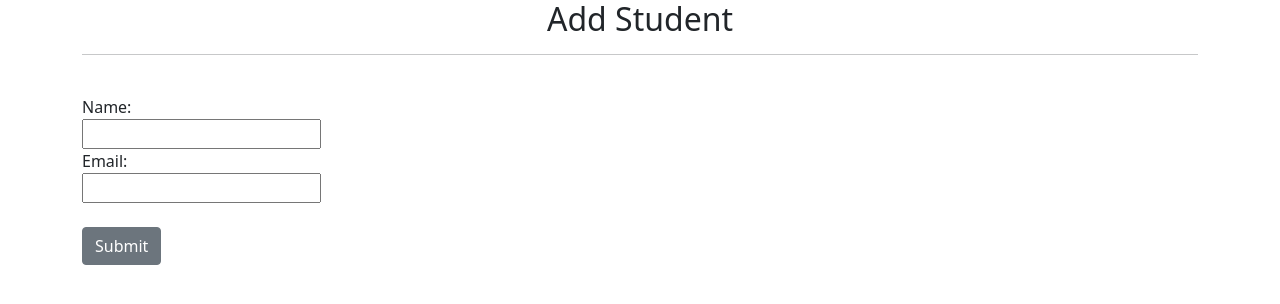
Repository: pradeep9689/monoceptAssignment
Page: http://localhost/09-student-mvc-db/addStudent.jsp
These files come from the project's save history. The page is drawn as it stood at one moment and after the next save; the edit follows.
The browser window is 1280 px wide. The pictures show the whole page.
The page is served by Tomcat 9. Other server files are loaded and not shown.

Above is the page before, as saved 2024-07-17 08:40:49.

### 09-student-mvc-db/WebContent/addStudent.jsp
<%@ page language="java" contentType="text/html; charset=ISO-8859-1"
    pageEncoding="ISO-8859-1"%>
<!DOCTYPE html>
<html>
<head>
<meta charset="ISO-8859-1">
<title>Insert title here</title>
 <link href="https://cdn.jsdelivr.net/npm/bootstrap@5.0.2/dist/css/bootstrap.min.css" rel="stylesheet" integrity="sha384-EVSTQN3/azprG1Anm3QDgpJLIm9Nao0Yz1ztcQTwFspd3yD65VohhpuuCOmLASjC" crossorigin="anonymous">
</head>
<body>
<div class="container">
<div class ="text-center">
 <h2>Add Student</h2>
 </div>
 <hr>
    <form action="StudentControlller" method="get">

        <input type="hidden"  name="command" value="add"><br>
        <label for="name">Name:</label><br>
        <input type="text" name="student_name"><br>
        <label for="mail">Email:</label><br>
        <input type="text"  name="student_mail"><br>
        <input type="hidden"  name="command" value="add"><br>
        <input type="submit" class="btn btn-secondary"  >
    </form>
    </div>
</body>
</html>

After the next save:
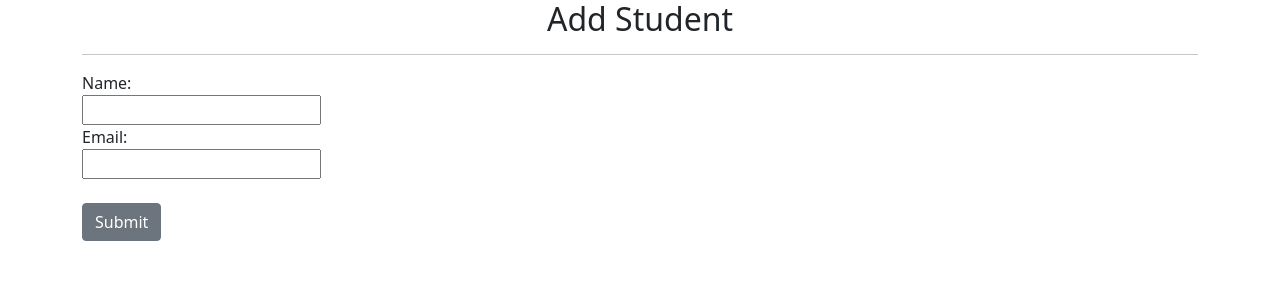
Saved 2 min 35 s later.
--- a/09-student-mvc-db/WebContent/addStudent.jsp
+++ b/09-student-mvc-db/WebContent/addStudent.jsp
@@ -15,7 +15,7 @@
  <hr>
     <form action="StudentControlller" method="get">
 
-        <input type="hidden"  name="command" value="add"><br>
+        <input type="hidden"  name="command" value="add"/>
         <label for="name">Name:</label><br>
         <input type="text" name="student_name"><br>
         <label for="mail">Email:</label><br>
